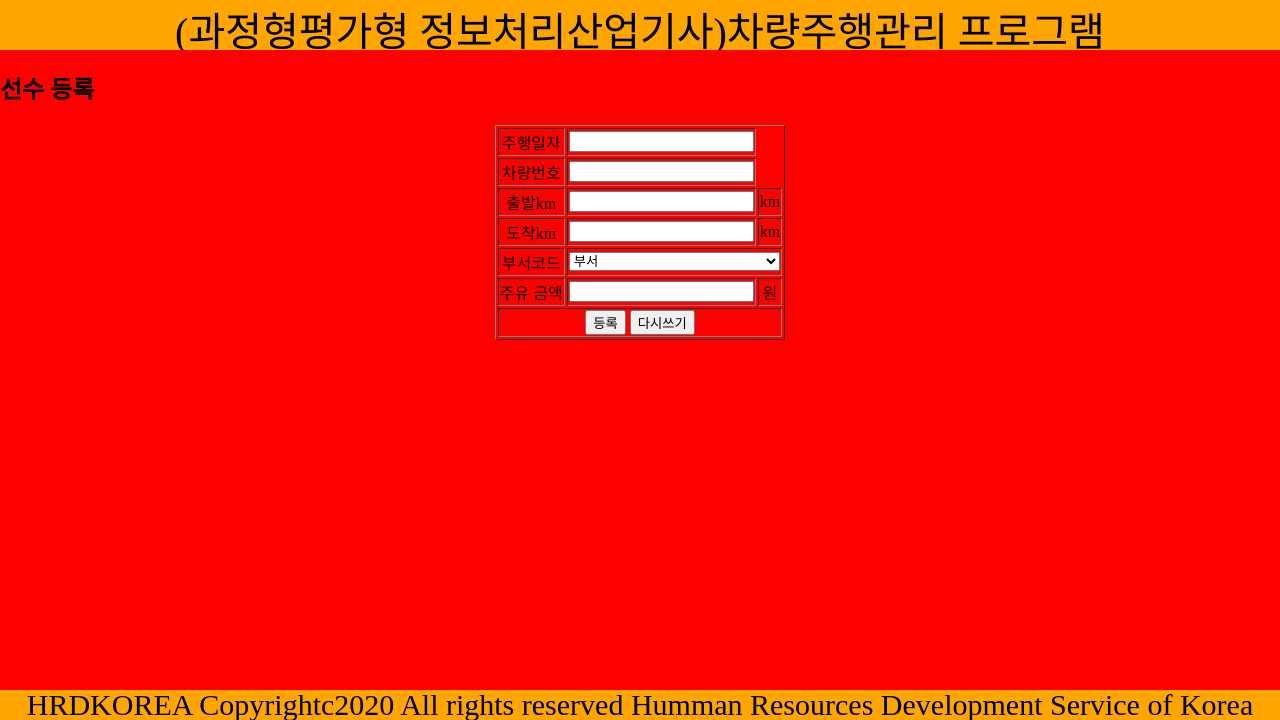
Repository: jeajune0221/information
Page: http://localhost/HRD_2411/join.jsp
The author's editor kept a copy of each file at every save. The page is drawn from the files as they stood at one save, then again after the next save.
The browser window is 1280 px wide. The pictures show the whole page.
The page is served by Tomcat 9. Queries for data that is not in the repository find no rows.

Above is the page before, as saved 2026-04-13 08:43:00.

After the next save:
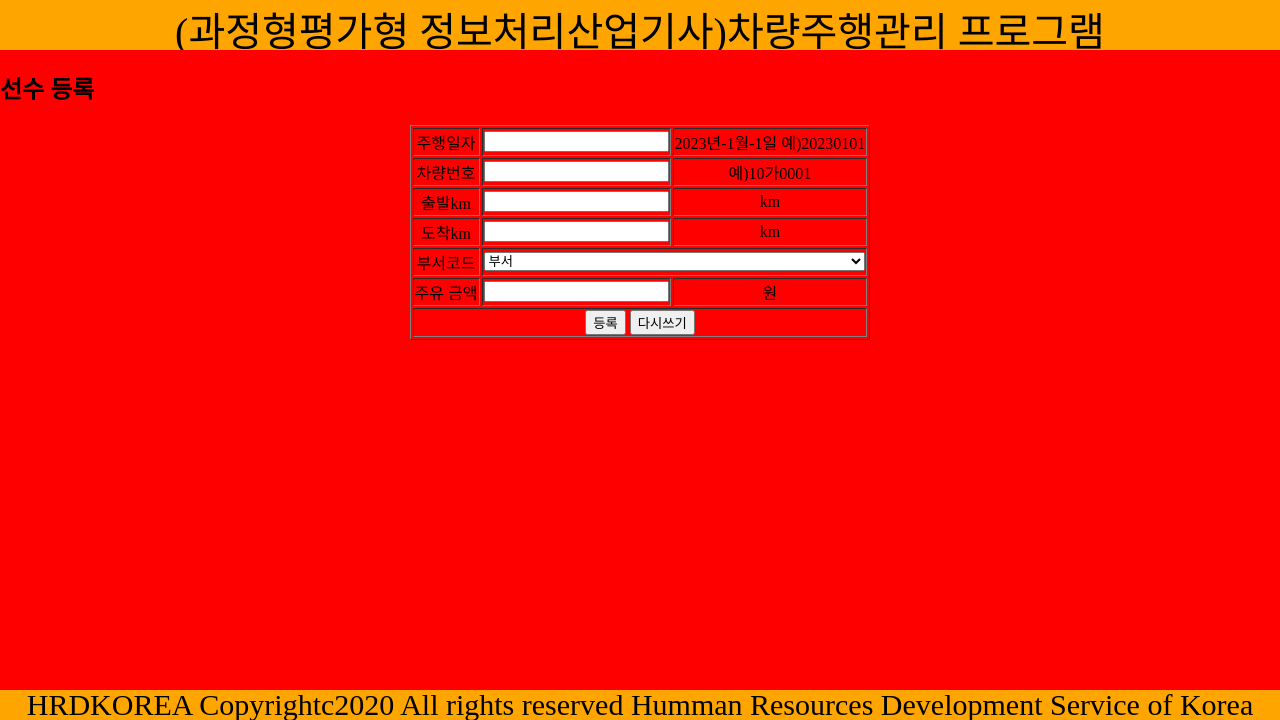
Saved 61 s later.
--- a/HRD_2411/src/main/webapp/join.jsp
+++ b/HRD_2411/src/main/webapp/join.jsp
@@ -36,11 +36,12 @@
 	주행일자
 	</td>
 	<td><input type = "text" name = "drv_date" ></td>
+	<td>2023년-1월-1일 예)20230101</td>
 </tr>
 <tr>
 <td>차량번호</td>
 <td><input type = "text" name = "car_no" ></td>
-
+<td>예)10가0001</td>
 </tr>
 <tr>
 <td>출발km</td>
